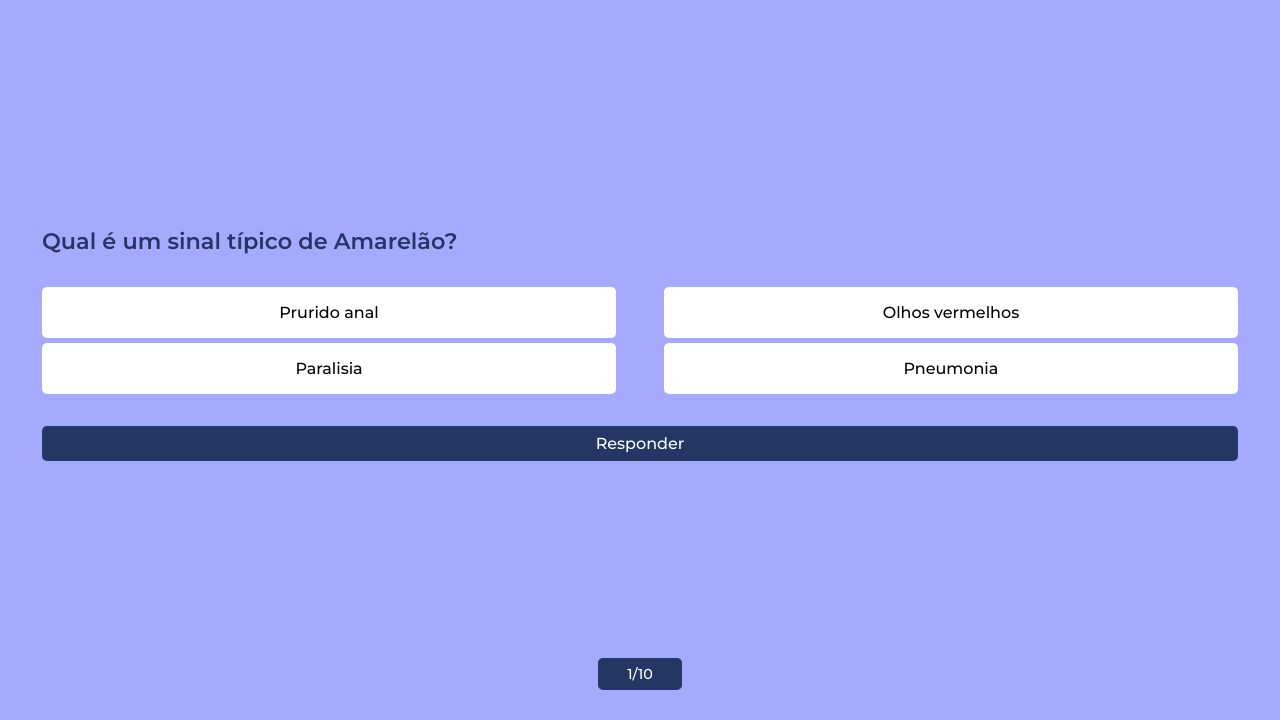
Repository: Poti-team/QuizZoon
Page: index.html
These files come from the project's save history. The page is drawn as it stood at one moment and after a run of saves; the edit follows.
The browser window is 1280 px wide. The pictures show the whole page.

Above is the page before, as saved 2024-07-05 21:55:40.

After the next 4 saves:
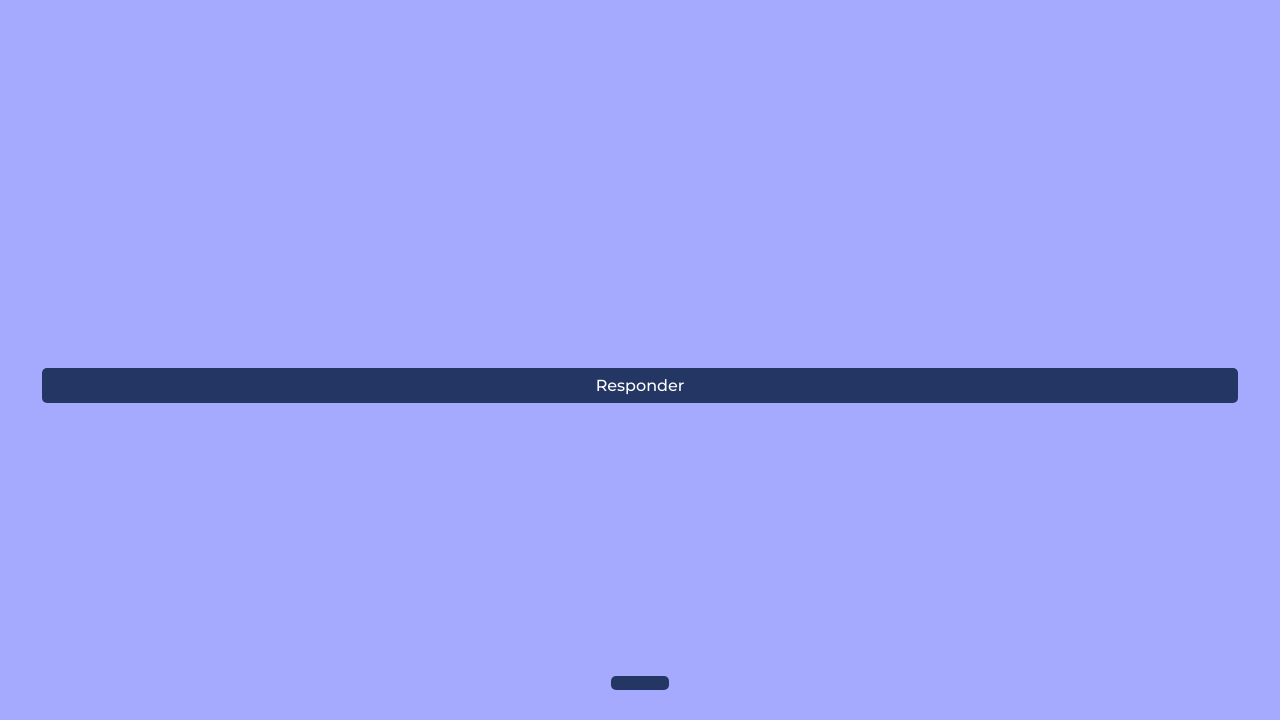
Console error: SyntaxError: missing ) after argument list
The 4 saves are shown as one change because they came seconds apart.
The last was saved 17 s later.
--- a/script.js
+++ b/script.js
@@ -383,7 +383,7 @@
         const F = 50/t1 * A1
         const M = 60/t2 * A2;
         const D = 80/t3 * A3;
-        return Math.round(F + M + D);
+        return Math.round(max(minF, F) + max(minM + D);
     }
 
     function loadQuestion() {

After the save that followed:
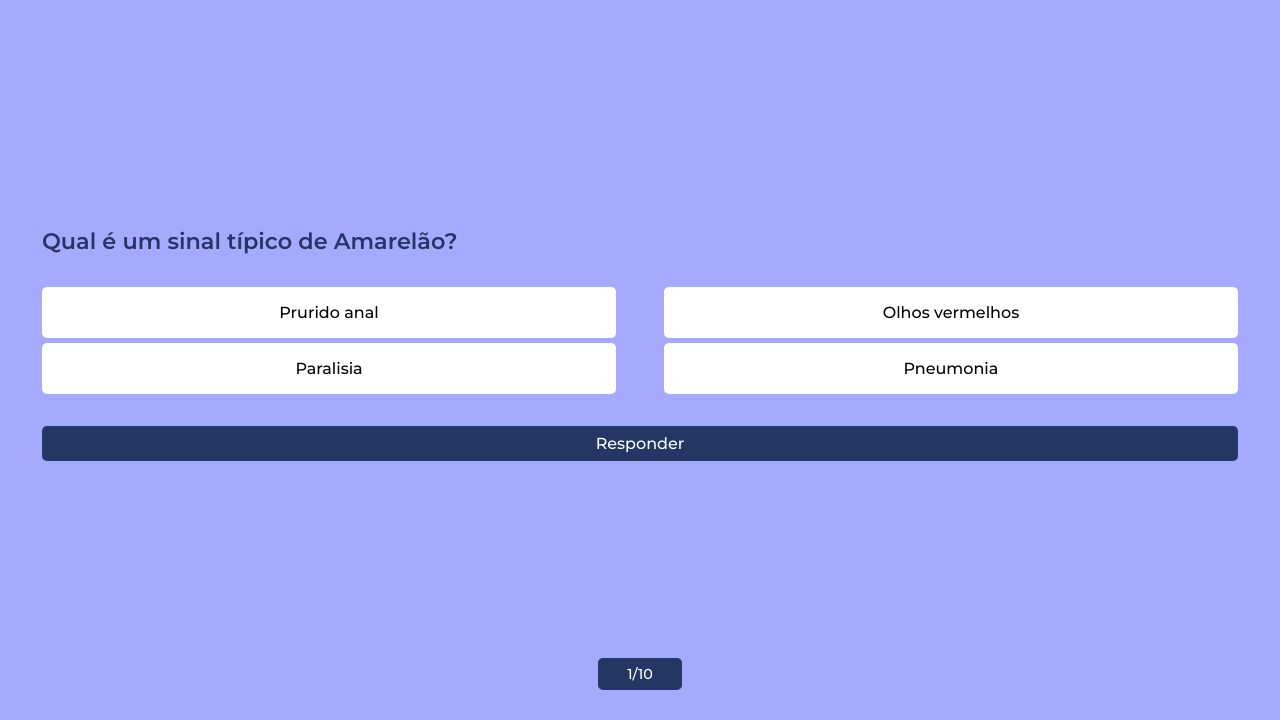
The error is gone.
Saved 4 s later.
--- a/script.js
+++ b/script.js
@@ -383,7 +383,7 @@
         const F = 50/t1 * A1
         const M = 60/t2 * A2;
         const D = 80/t3 * A3;
-        return Math.round(max(minF, F) + max(minM + D);
+        return Math.round(max(minF, F) + max(minM, M) + D);
     }
 
     function loadQuestion() {
